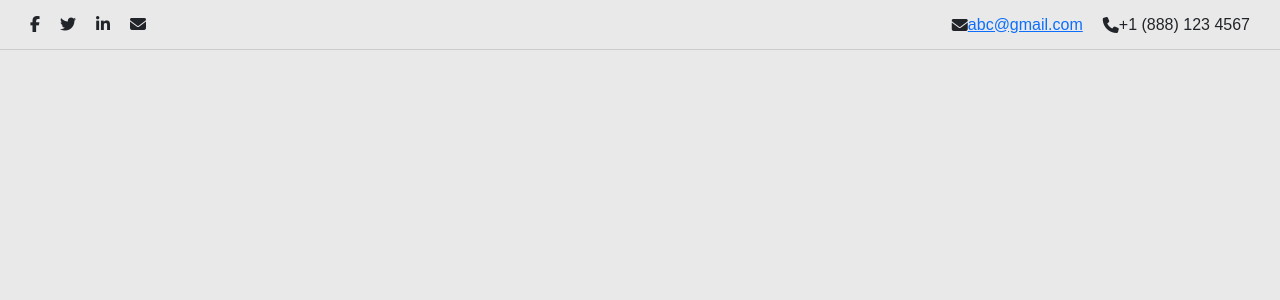
Repository: arehmanraza/lawyer_website
Page: Pages/index.html
The author's editor kept a copy of each file at every save. The page is drawn from the files as they stood at one save, then again after a run of saves.
The browser window is 1280 px wide. The pictures show the whole page.
Some web libraries are served in a nearby version.

Above is the page before, as saved 2024-05-22 01:18:45.

### Pages/index.html
<!DOCTYPE html>
<html lang="en">
  <head>
    <meta charset="utf-8" />
    <meta name="viewport" content="width=device-width, initial-scale=1" />
    <title>The Lawyer</title>
    <link
      rel="stylesheet"
      href="https://pro.fontawesome.com/releases/v5.10.0/css/all.css"
      integrity="sha384-AYmEC3Yw5cVb3ZcuHtOA93w35dYTsvhLPVnYs9eStHfGJvOvKxVfELGroGkvsg+p"
      crossorigin="anonymous"
    />
    <link rel="stylesheet" href="/Styling/style.css" />
    <link
      rel="stylesheet"
      href="https://cdnjs.cloudflare.com/ajax/libs/font-awesome/6.5.2/css/all.min.css"
      integrity="sha512-SnH5WK+bZxgPHs44uWIX+LLJAJ9/2PkPKZ5QiAj6Ta86w+fsb2TkcmfRyVX3pBnMFcV7oQPJkl9QevSCWr3W6A=="
      crossorigin="anonymous"
      referrerpolicy="no-referrer"
    />
    <link
      href="https://cdn.jsdelivr.net/npm/bootstrap@5.3.3/dist/css/bootstrap.min.css"
      rel="stylesheet"
      integrity="sha384-QWTKZyjpPEjISv5WaRU9OFeRpok6YctnYmDr5pNlyT2bRjXh0JMhjY6hW+ALEwIH"
      crossorigin="anonymous"
    />
  </head>
  <body>
    <div class="main-container">
      <div class="head_top">
        <div class="head_top_left">
          <ul>
            <li>
              <i class="fa-brands fa-facebook-f"></i>
            </li>
            <li>
              <i class="fa-brands fa-twitter"></i>
            </li>
            <li>
              <i class="fa-brands fa-linkedin-in"></i>
            </li>
            <li>
              <i class="fa-solid fa-envelope"></i>
            </li>
          </ul>
        </div>
        <div class="head_top_right">
          <ul>
            <li class="d-flex">
              <i class="fa-solid fa-envelope"></i>
              <span><a href = "mailto: a.rehman78766@gmail.com">abc@gmail.com</a></span>
            </li>
            <li>
              <i class="fa-solid fa-phone"></i>
              <span>+1 (888) 123 4567</span>

            </li>
          </ul>
        </div>
      </div>
    </div>
    <script
      src="https://cdn.jsdelivr.net/npm/bootstrap@5.3.3/dist/js/bootstrap.bundle.min.js"
      integrity="sha384-YvpcrYf0tY3lHB60NNkmXc5s9fDVZLESaAA55NDzOxhy9GkcIdslK1eN7N6jIeHz"
      crossorigin="anonymous"
    ></script>
  </body>
</html>

### Styling/style.css
*{
    margin: 0;
    padding: 0;
    box-sizing: border-box;
    font-family: Arial, Helvetica, sans-serif, "Montserrat";
}
.main-container{
    background-color: #e9e9e9;
    width: 100%;
    height: 100vh;
    padding: 0px;
}

.head_top {
    width: 100%;
    height: 50px;
    display: flex;
    justify-content: space-between;
    align-items: center; /* Center items vertically */
    border-bottom: 1px solid #ccc;
    padding: 0px 20px;
}

.head_top_left {
    width: 50%;
    display: flex; /* Ensure the left container is also using flexbox */
    align-items: center; /* Center items vertically */
}
.head_top_left ul {
    display: flex;
    list-style: none;
    padding: 0;
    margin: 0;
}
.head_top_left ul li{
    padding: 0px 10px;
}
.head_top_right{
    display: flex;
    align-items: center;
    width: 50%;
}
.head_top_right ul{
    display: flex;
    list-style: none;
    padding: 0;
    margin: 0px 0px 0px auto;

}
.head_top_right ul li{
    padding: 0px 10px;
    display: flex;
    align-items: center;
}

After the next 2 saves:
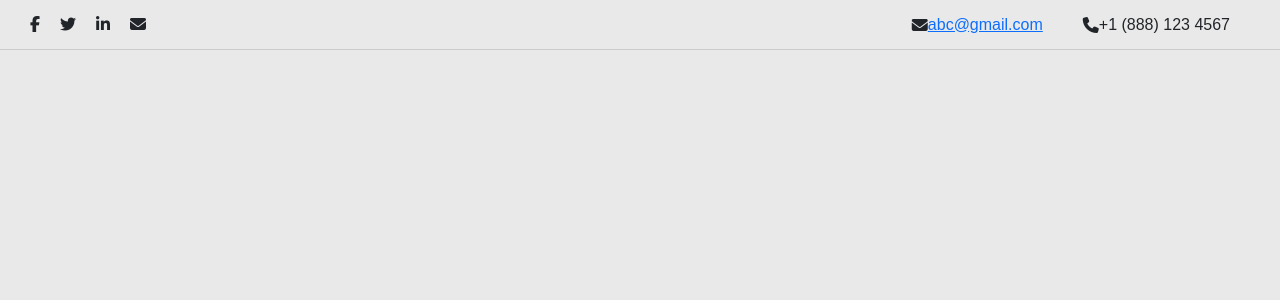
The 2 saves are shown as one change because they came seconds apart.
The last was saved 17 s later.
--- a/Styling/style.css
+++ b/Styling/style.css
@@ -51,4 +51,5 @@
     padding: 0px 10px;
     display: flex;
     align-items: center;
+    margin-right: 20px;
 }

After the save that followed:
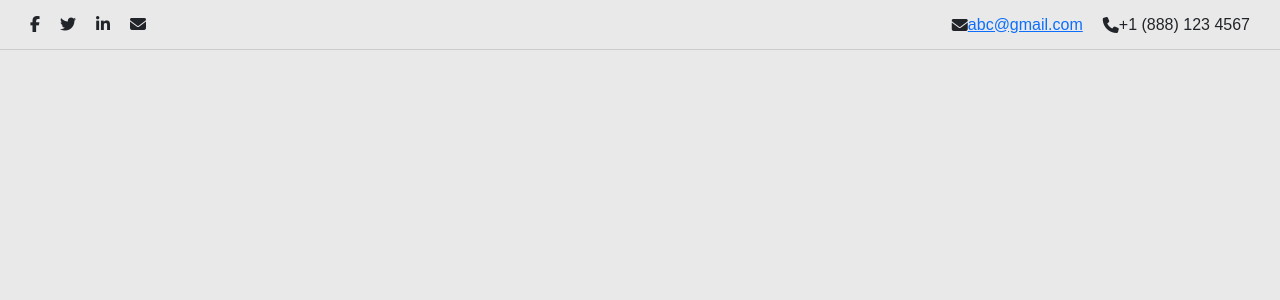
Saved 5 s later.
--- a/Styling/style.css
+++ b/Styling/style.css
@@ -51,5 +51,4 @@
     padding: 0px 10px;
     display: flex;
     align-items: center;
-    margin-right: 20px;
 }
